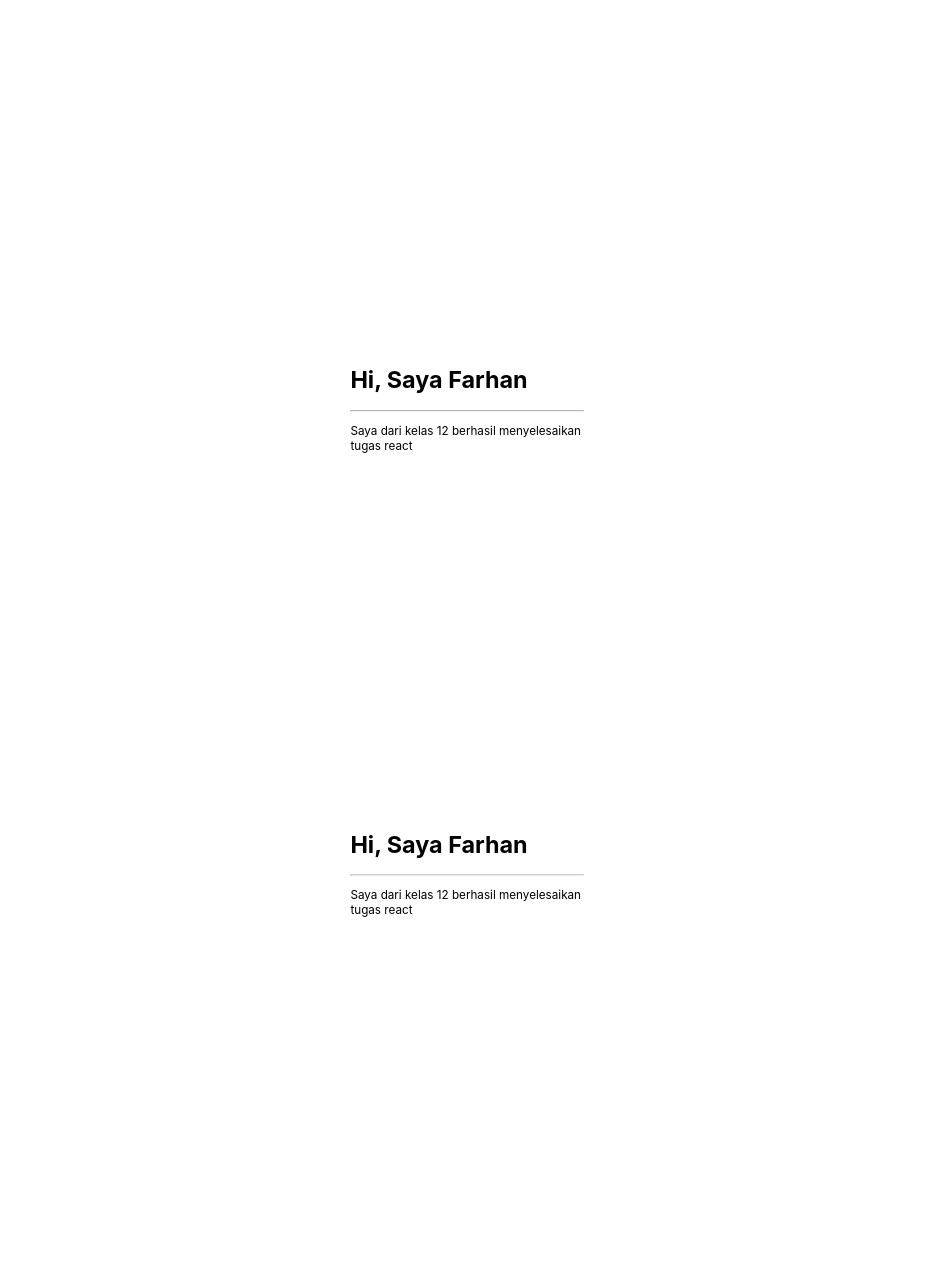
Repository: mfarhannr/Tugas-Reactjs_Farhan
Page: /
These files come from the project's save history. The page is drawn as it stood at one moment and after a run of saves; the edit follows.
The browser window is 1280 px wide. The pictures show the whole page, at 73% of full size.
The project was rebuilt for these pictures with package versions that can differ from the ones it lists, and the page was loaded fresh each time.

Above is the page before, as saved 2024-05-03 15:24:51.

### src/App.js
import './App.css';
import Tugas6 from "./tugas6/tugas6";
// import Welcome from "./WelcomeComponent";
import Tugas7 from './tugas7/tugas7';

function App() {
  return (
    <div className="App">
      <div className="App">
        <Tugas6 />
      </div>
      <div className="App">
        <Tugas7 />
      </div>
    </div>
  );
}

export default App;

### src/App.css
.App {
  padding: 15rem;
}

.Card6 {
  border: 1px solid #ccc;
  border-radius: 10px;
  padding: 2em;
  margin: 5em auto;
  width: 50%;
}

.Card7 {
  border: 1px solid #ccc;
  border-radius: 10px;
  padding: 2em;
  margin: 5em auto;
  width: 50%;
}

.App-logo {
  height: 40vmin;
  pointer-events: none;
}

@media (prefers-reduced-motion: no-preference) {
  .App-logo {
    animation: App-logo-spin infinite 20s linear;
  }
}

.App-header {
  background-color: #282c34;
  min-height: 100vh;
  display: flex;
  flex-direction: column;
  align-items: center;
  justify-content: center;
  font-size: calc(10px + 2vmin);
  color: white;
}

.App-link {
  color: #61dafb;
}

@keyframes App-logo-spin {
  from {
    transform: rotate(0deg);
  }
  to {
    transform: rotate(360deg);
  }
}

### src/tugas6/tugas6.js
import React from "react";

function Tugas6() {
    return (
      <div className="Card1">
        <h1>Hi, Saya Farhan</h1>
        <hr></hr>
        <p>Saya dari kelas 12 berhasil menyelesaikan tugas react</p>
      </div>
    );
}

export default Tugas6;

### src/tugas7/tugas7.js
import React from "react";

function Tugas7() {
  return (
    <div className="Card1">
      <h1>Hi, Saya Farhan</h1>
      <hr></hr>
      <p>Saya dari kelas 12 berhasil menyelesaikan tugas react</p>
    </div>
  );
}

export default Tugas7;

Loaded but not shown: public/index.html (common file); src/index.js (common file); src/index.css (common file); src/reportWebVitals.js (common file)

After the next 2 saves:
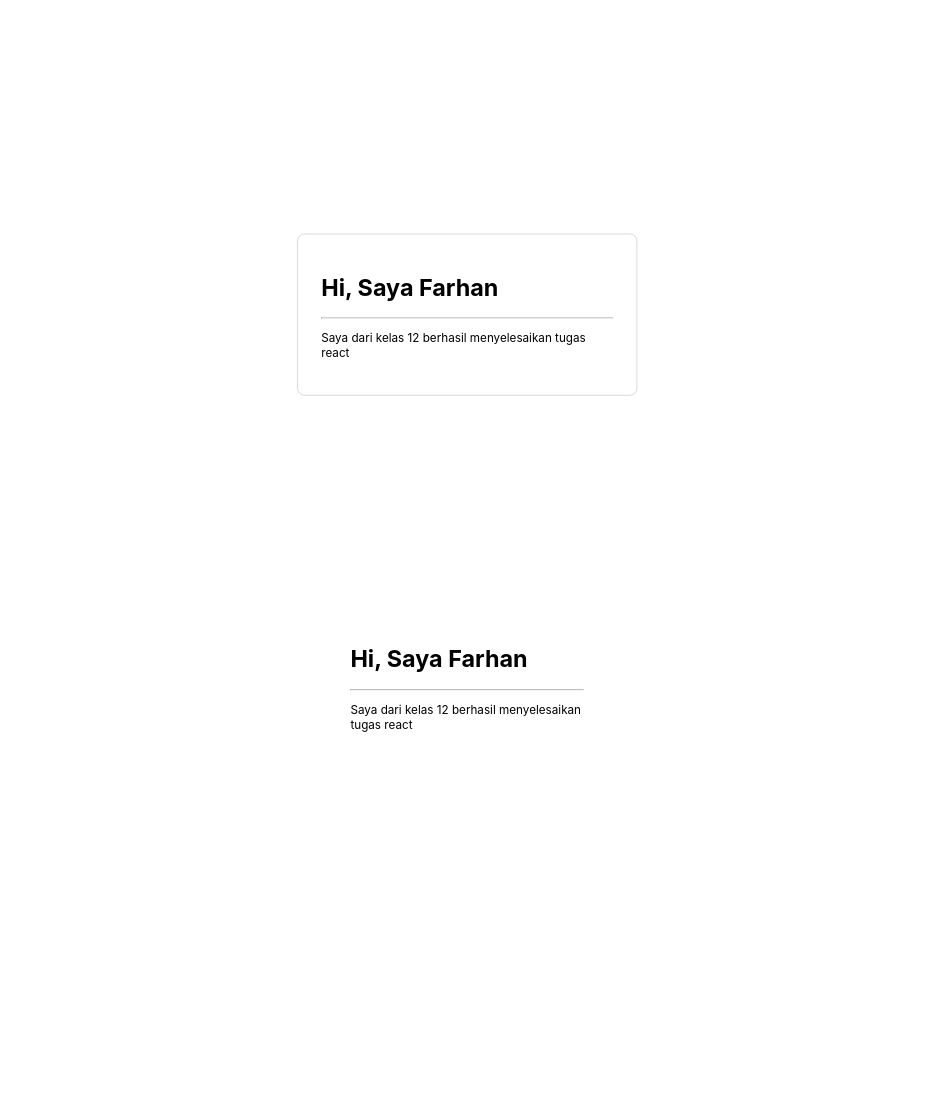
The 2 saves are shown as one change because they came seconds apart.
The last was saved 9 s later.
--- a/src/App.js
+++ b/src/App.js
@@ -6,7 +6,7 @@ import Tugas7 from './tugas7/tugas7';
 function App() {
   return (
     <div className="App">
-      <div className="App">
+      <div className="Card6">
         <Tugas6 />
       </div>
       <div className="App">
